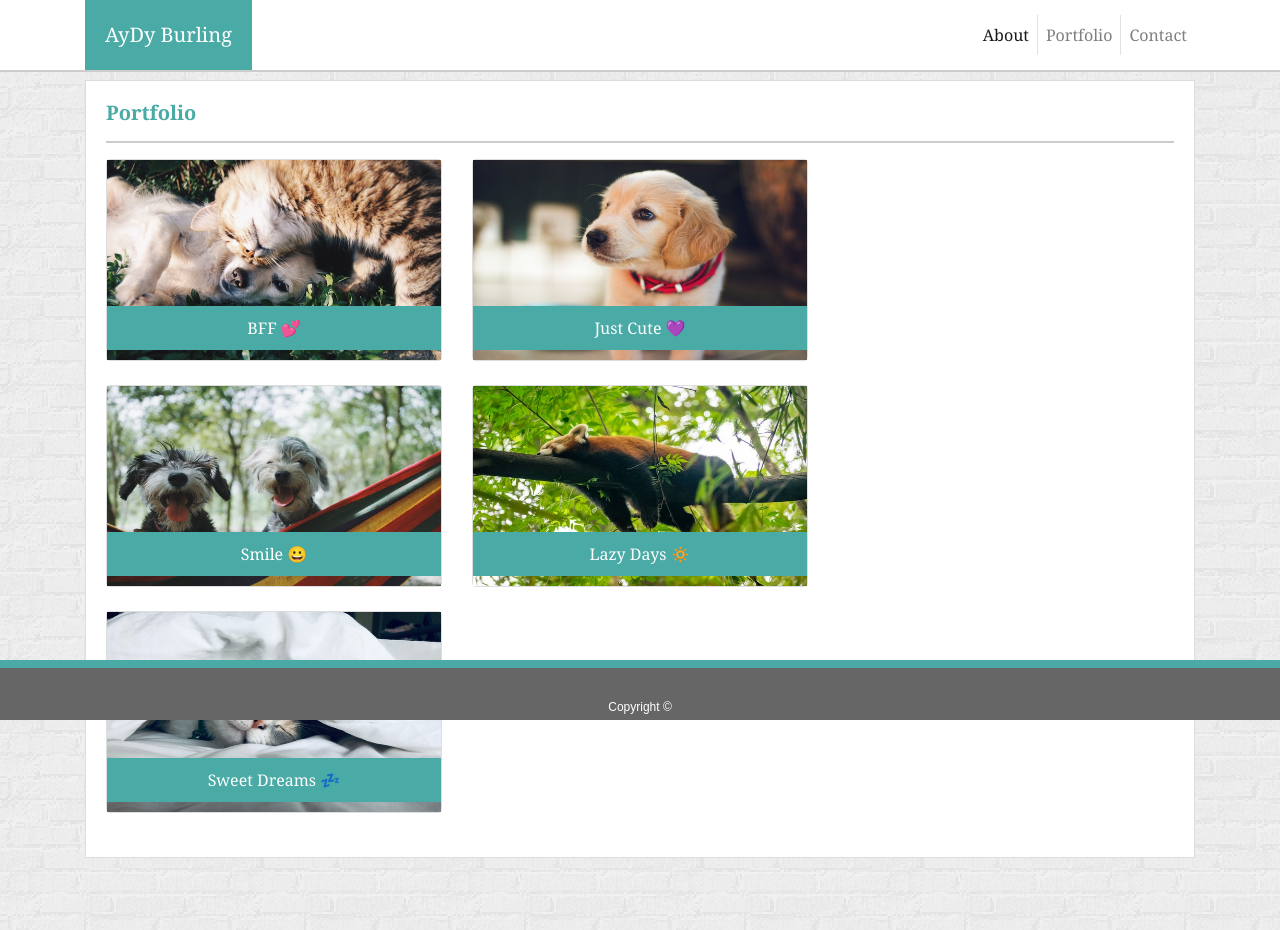
Repository: Dee1985/AyDy-Burling-prework
Page: Module-1_Assessment/portfolio.html
These files come from the project's save history. The page is drawn as it stood at one moment and after the next save; the edit follows.
The browser window is 1280 px wide. The pictures show the whole page.

Above is the page before, as saved 2020-05-22 23:27:14.

After the next save:
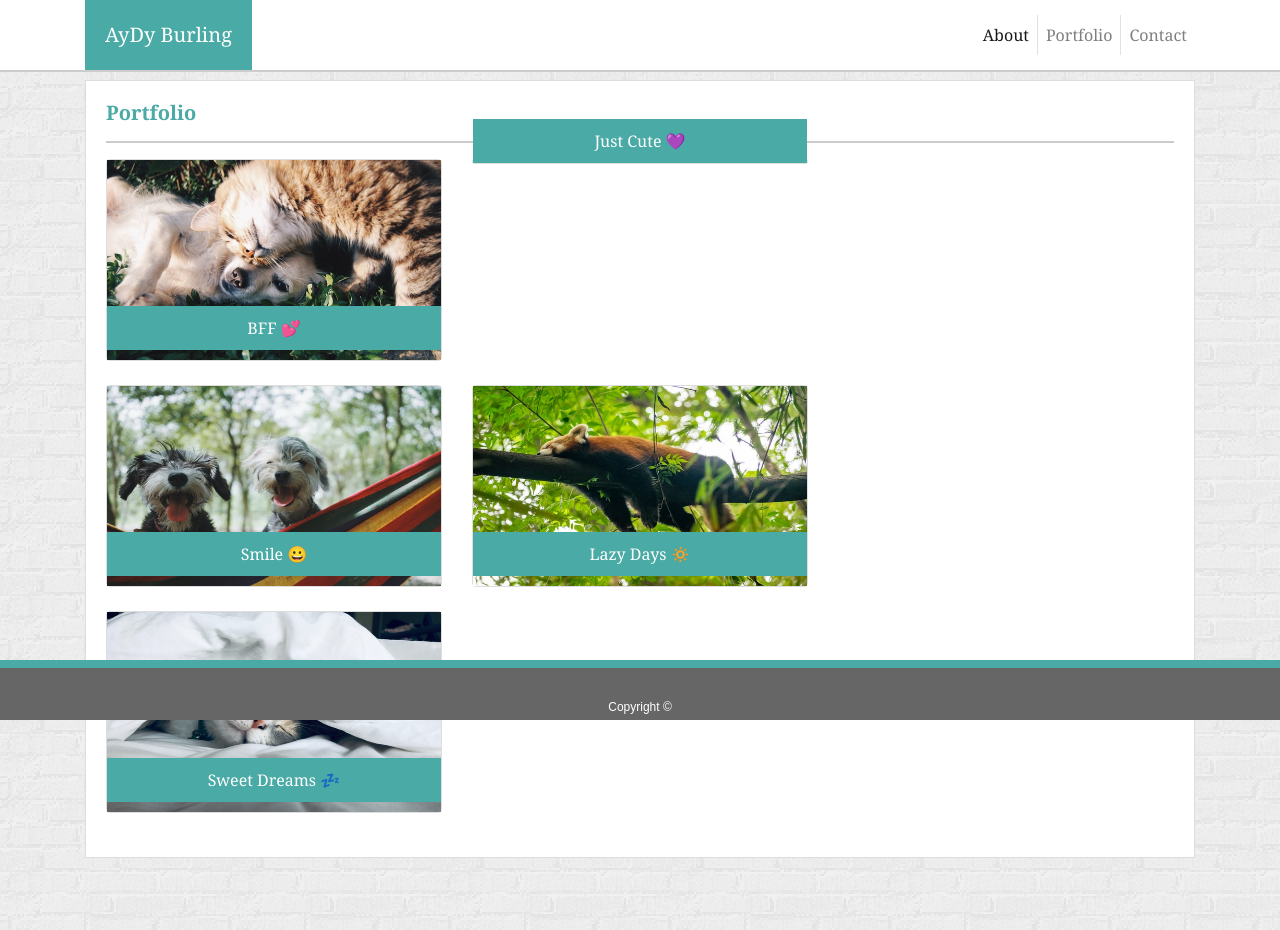
Saved 52 s later.
--- a/Module-1_Assessment/portfolio.html
+++ b/Module-1_Assessment/portfolio.html
@@ -67,7 +67,7 @@
                <!-- second card -->
                 <div class="col-4 mb-4">
                             <div class="card text-white">
-                                <img src="assets/img/berkay-gumustekin-ngqyo2AYYnE-unsplash.jpg" width="100%" height="200" alt="puppy pic">
+                                <img src="assets/img/berkay-gumustekin-ngqyo2AYYnE-unsplash.jpg" width="100%" height="3" alt="puppy pic">
                                 <div class="card-heading text-center">
                                     Just Cute 💜
                                 </div>
